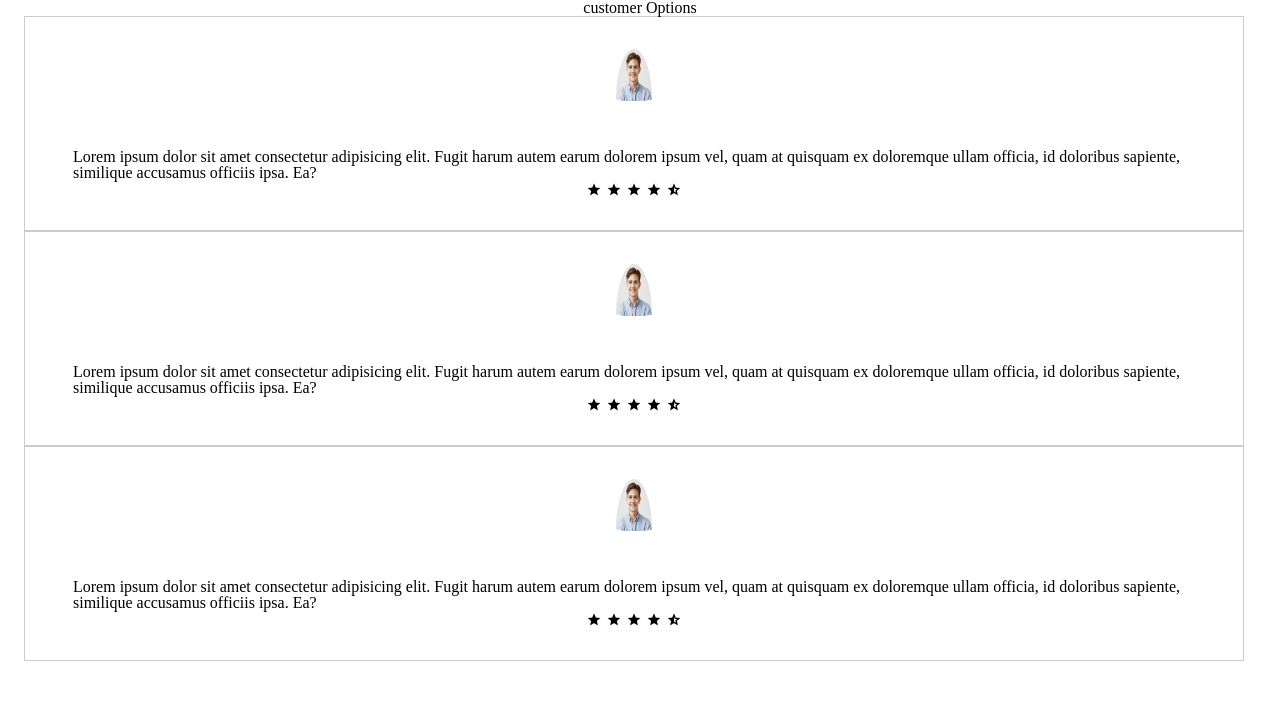
Repository: dinhhaidh/slider-3
Page: index.html
The author's editor kept a copy of each file at every save. The page is drawn from the files as they stood at one save, then again after a run of saves.
The browser window is 1280 px wide. The pictures show the whole page.

Above is the page before, as saved 2024-03-22 20:16:32.

### index.html
<!DOCTYPE html>
<html lang="en">
<head>
    <meta charset="UTF-8">
    <meta name="viewport" content="width=device-width, initial-scale=1.0">
    <title>Document</title>
    <link rel="stylesheet" href="https://cdnjs.cloudflare.com/ajax/libs/remixicon/4.2.0/remixicon.min.css">

    <link rel="stylesheet" href="style.css">

</head>
<body>
    <div class="customer">
        <h3 class="customer__title">customer Options</h3>
        <div class="customer__container container">
            <div class="customer__swiper">
                <div>
                    <article class="customer__article">
                        <img src="./img1.png" alt="image" class="customer__img">

                        <p>
                            Lorem ipsum dolor sit amet consectetur adipisicing elit. Fugit harum autem earum dolorem ipsum vel, quam at quisquam ex doloremque ullam officia, id doloribus sapiente, similique accusamus officiis ipsa. Ea?
                        </p>

                        <div class="customer__star">
                            <i class="ri-star-s-fill"></i>
                            <i class="ri-star-s-fill"></i>
                            <i class="ri-star-s-fill"></i>
                            <i class="ri-star-s-fill"></i>
                            <i class="ri-star-half-s-line"></i>
                        </div>
                    </article>
                    <article class="customer__article">
                        <img src="./img1.png" alt="image" class="customer__img">

                        <p>
                            Lorem ipsum dolor sit amet consectetur adipisicing elit. Fugit harum autem earum dolorem ipsum vel, quam at quisquam ex doloremque ullam officia, id doloribus sapiente, similique accusamus officiis ipsa. Ea?
                        </p>

                        <div class="customer__star">
                            <i class="ri-star-s-fill"></i>
                            <i class="ri-star-s-fill"></i>
                            <i class="ri-star-s-fill"></i>
                            <i class="ri-star-s-fill"></i>
                            <i class="ri-star-half-s-line"></i>
                        </div>
                    </article>
                    <article class="customer__article">
                        <img src="./img1.png" alt="image" class="customer__img">

                        <p>
                            Lorem ipsum dolor sit amet consectetur adipisicing elit. Fugit harum autem earum dolorem ipsum vel, quam at quisquam ex doloremque ullam officia, id doloribus sapiente, similique accusamus officiis ipsa. Ea?
                        </p>

                        <div class="customer__star">
                            <i class="ri-star-s-fill"></i>
                            <i class="ri-star-s-fill"></i>
                            <i class="ri-star-s-fill"></i>
                            <i class="ri-star-s-fill"></i>
                            <i class="ri-star-half-s-line"></i>
                        </div>
                    </article>
                </div>
            </div>
        </div>
    </div>
</body>
</html>

### style.css
*,
*:before,
*:after {
  box-sizing: border-box;
}
* {
  margin: 0;
  padding: 0;
  font: inherit;
}
img,
picture,
svg,
video {
  display: block;
  max-width: 100%;
}
input,
select,
textarea {
  background-color: transparent;
  outline: none;
}
button {
  cursor: pointer;
  background-color: transparent;
  outline: none;
  border: 0;
}
body {
  min-height: 100vh;
  font-weight: 400;
  font-size: 16px;
  line-height: 1;
}


.container{
    max-width: 1220px;
    Margin-inline: 1.5rem;
}


.customer__title{
    text-align: center
}
.customer__container{

}

.customer__swiper{

}
.customer__article{
    display:flex;
    align-items: center;
    justify-content: center;
    flex-direction: column;
    padding: 2rem 3rem 2rem;
    background-color: #fff;
    border: 1px solid #ccc;
}
.customer__img{
    width: 100px;
    height: 100px;
    border-radius: 50%;
    padding: 0 2rem 3rem 2rem;
}
.customer__star{

}
.ri-star-s-fill{

}
.ri-star-half-s-line{

}

After the next 3 saves:
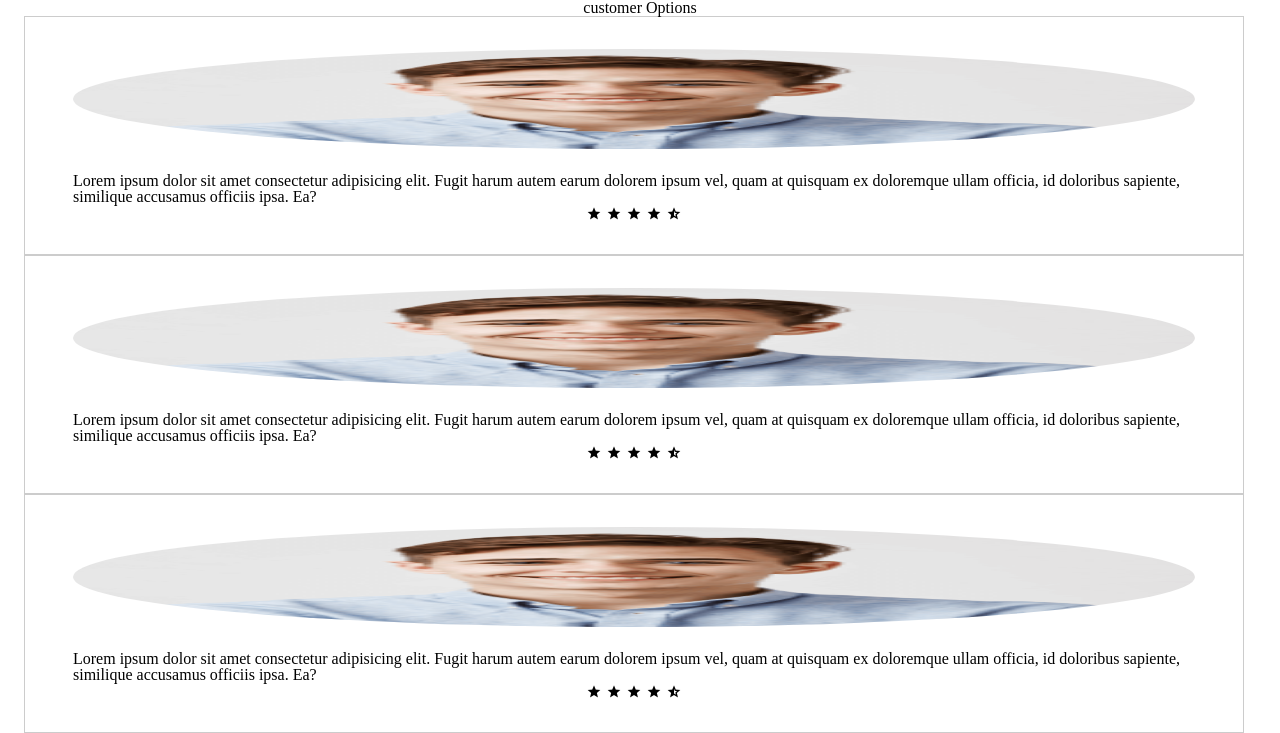
The 3 saves are shown as one change because they came seconds apart.
The last was saved 25 s later.
--- a/style.css
+++ b/style.css
@@ -64,7 +64,8 @@ body {
     width: 100px;
     height: 100px;
     border-radius: 50%;
-    padding: 0 2rem 3rem 2rem;
+    width: 100%;
+    margin: 0 auto 1.5rem;
 }
 .customer__star{
 
